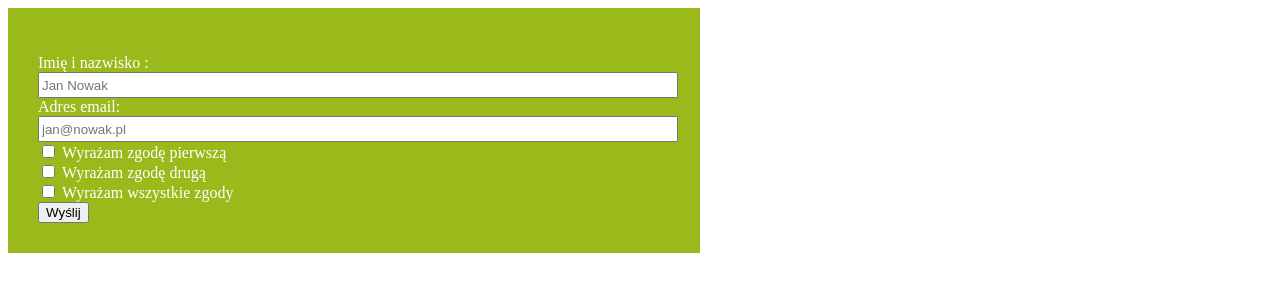
Repository: magdaf41/JavaScript
Page: JS DOM zadanie_5/index.html
An editor plug-in stored every save of this project. The page is shown before and after the next save, followed by the edit.
The browser window is 1280 px wide. The pictures show the whole page.

Above is the page before, as saved 2020-09-06 17:55:10.

After the next save:
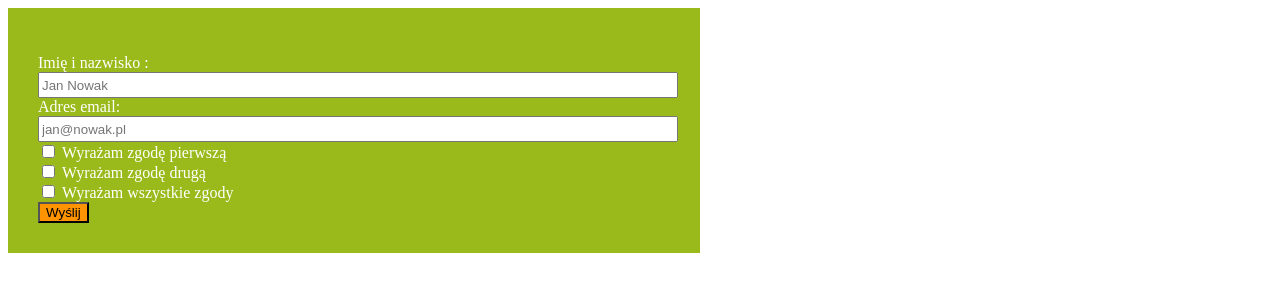
Saved 56 s later.
--- a/JS DOM zadanie_5/css/style.css
+++ b/JS DOM zadanie_5/css/style.css
@@ -14,3 +14,7 @@ input[type='text'], input[type='email'] {
     height: 20px;
     width: 100%;
 }
+
+button[type='submit']{
+    background-color: #ff9300;
+}
